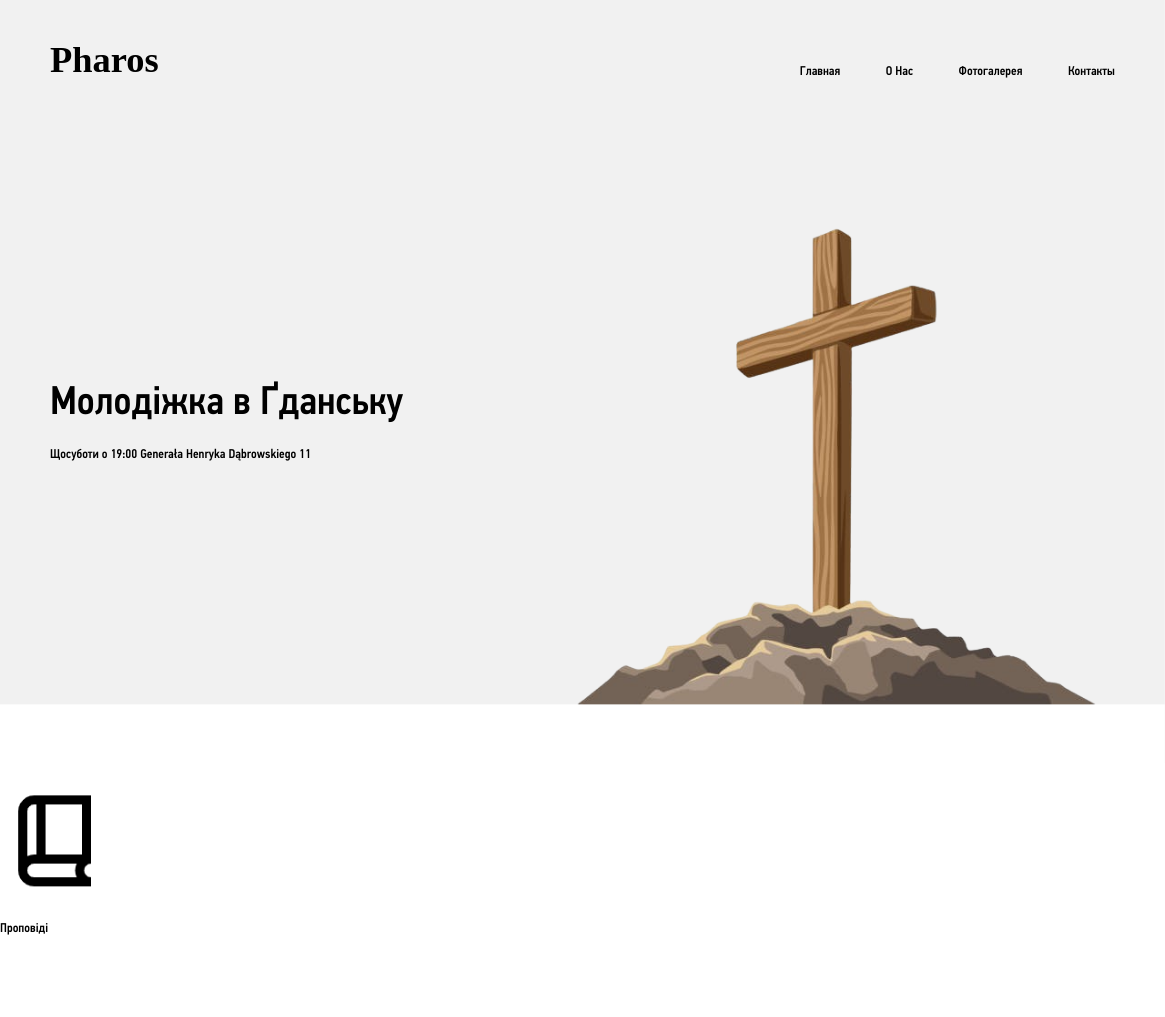
Repository: Bohdan-Sandovenko/youth-project
Page: index.html
These files come from the project's save history. The page is drawn as it stood at one moment and after the next save; the edit follows.
The browser window is 1280 px wide. The pictures show the whole page, at 91% of full size.
Some web fonts or font styles are not loaded; a fallback is used. The style sheet was rebuilt from its Sass, Less or Tailwind sources for each picture, by a compiler version that may differ from the author's.

Above is the page before, as saved 2024-09-11 09:24:48.

After the next save:
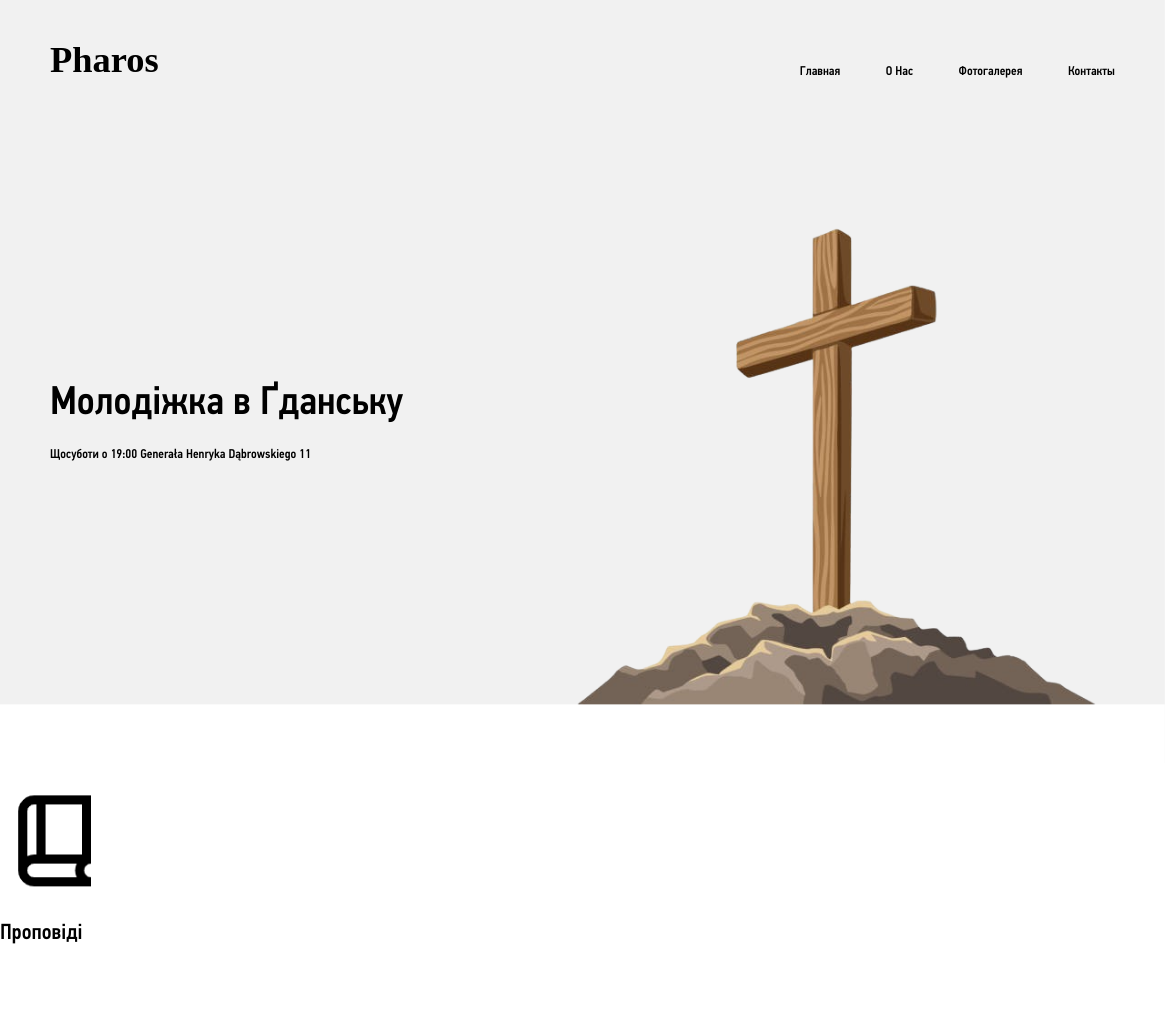
Saved 11 s later.
--- a/css/style.scss
+++ b/css/style.scss
@@ -95,7 +95,8 @@
 
                     .service-card-title {
                         font-weight: 600;
-                        font-size: 24;
+                        font-size: 24px;
+                        margin-bottom: 10px;
                     }
                 }
             }
